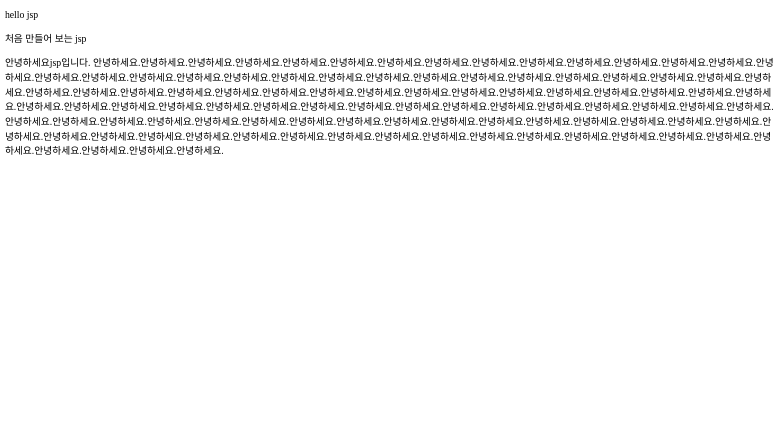
Repository: tisflyjjang051/jsp-lecture
Page: http://localhost/jsp01/hello.jsp
These files come from the project's save history. The page is drawn as it stood at one moment and after the next save; the edit follows.
The browser window is 1280 px wide. The pictures show the whole page, at 61% of full size.
The page is served by Tomcat 9. Other server files are loaded and not shown.

Above is the page before, as saved 2023-03-02 05:51:27.

### jsp01/src/main/webapp/hello.jsp
<%@ page language="java" contentType="text/html; charset=UTF-8"
    pageEncoding="UTF-8"%>
<%!
	String str01 = "jsp";
	String str02  = "안녕하세요";
%>
<!DOCTYPE html>
<html>
<head>
<meta charset="UTF-8">
<title>Insert title here</title>
</head>
<body>
	<p>hello jsp</p>
	<p>처음 만들어 보는	<%= str01 %></p>
	<p>
		<%
			out.println(str02+str01+"입니다.");
			//안녕하세요. 100번 찍기...
		%>
		<%
			for(int i=0;i<100;i++) {
				out.print("안녕하세요.");
			}
		%>
	</p>
</body>
</html>

After the next save:
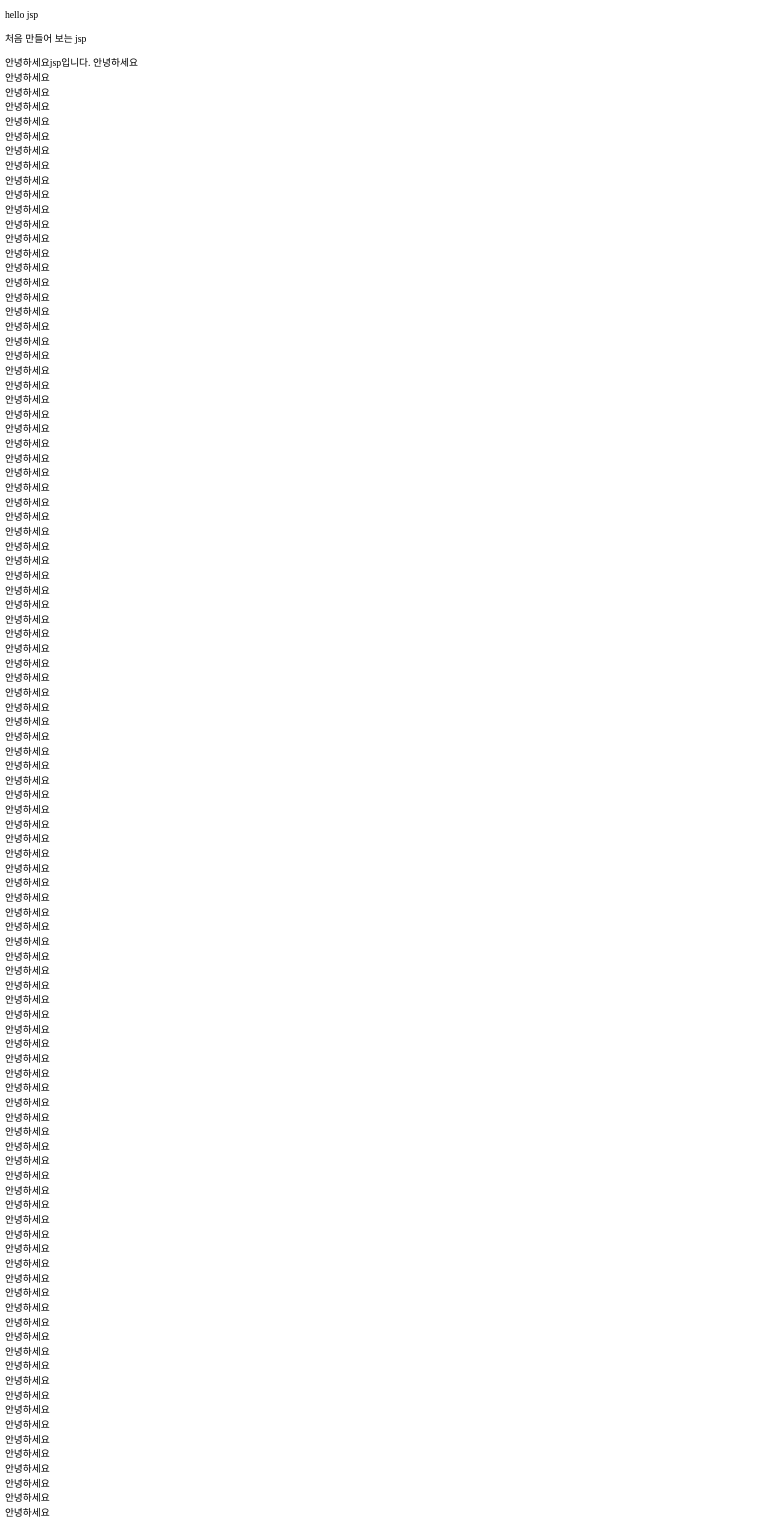
Saved 14 s later.
--- a/jsp01/src/main/webapp/hello.jsp
+++ b/jsp01/src/main/webapp/hello.jsp
@@ -20,7 +20,7 @@
 		%>
 		<%
 			for(int i=0;i<100;i++) {
-				out.print("안녕하세요.");
+				out.println("안녕하세요 <br>");
 			}
 		%>
 	</p>

After the save that followed:
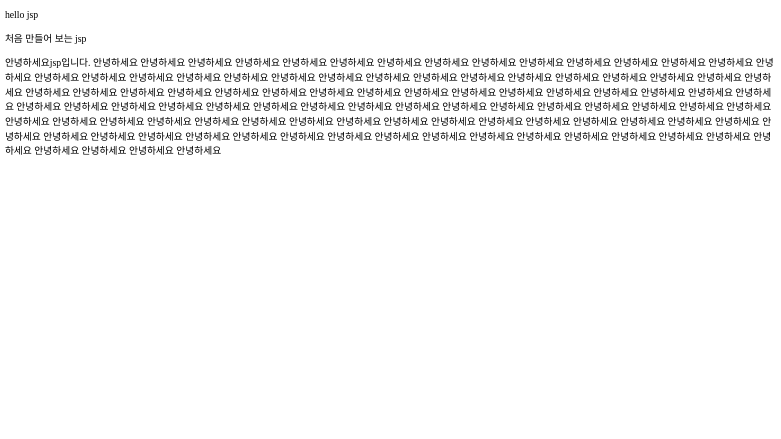
Saved 13 s later.
--- a/jsp01/src/main/webapp/hello.jsp
+++ b/jsp01/src/main/webapp/hello.jsp
@@ -20,7 +20,7 @@
 		%>
 		<%
 			for(int i=0;i<100;i++) {
-				out.println("안녕하세요 <br>");
+				out.println("안녕하세요 \r\n");
 			}
 		%>
 	</p>
